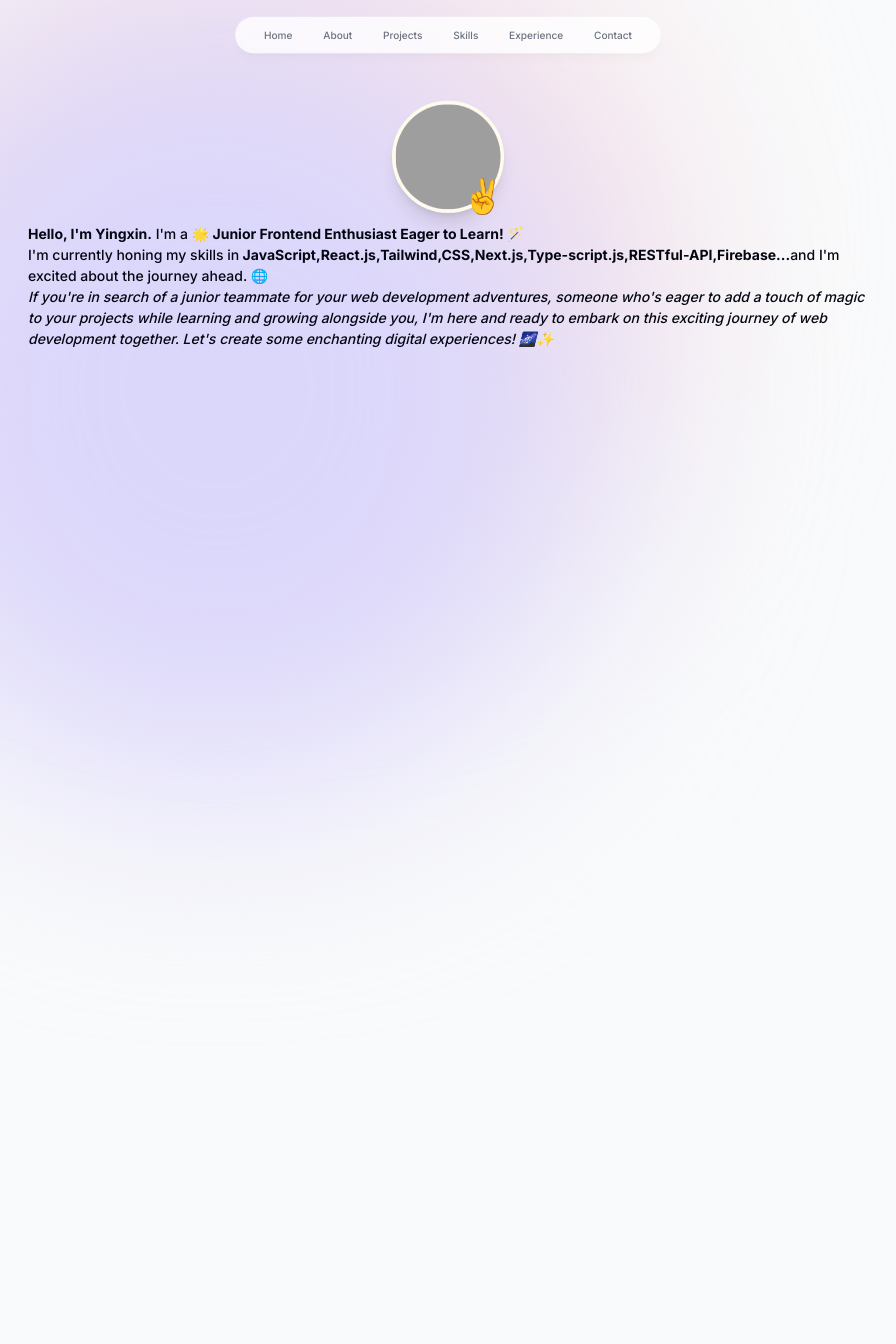
Repository: Tracy-maker/portfolio_website
Page: /
These files come from the project's save history. The page is drawn as it stood at one moment and after a run of saves; the edit follows.
The browser window is 1280 px wide. The pictures show the part of the page from y = 0 to 1920 px (the page is 5000 px tall), at 70% of full size.
Pictures or frames that could not be fetched are drawn as grey boxes. The project was rebuilt for these pictures with package versions that can differ from the ones it lists, and the page was loaded fresh each time. The framework's server and built-in components were replaced by stand-ins that run in the browser. Also part of the build but not shown: next.config.js.

Above is the page before, as saved 2023-10-02 18:07:10.

### app/layout.tsx
import Header from "@/components/header";
import "./globals.css";
import type { Metadata } from "next";
import { Inter } from "next/font/google";

const inter = Inter({ subsets: ["latin"] });

export const metadata: Metadata = {
  title: "Yingxin_Zhang | Portfolio",
  description: "Yingxin_Zhang is a front-end developer",
};

export default function RootLayout({
  children,
}: {
  children: React.ReactNode;
}) {
  return (
    <html lang="en">
      <body
        className={`${inter.className} bg-gray-50 text-gray-950 relative h-[5000px] pt-28 sm:pt-36`}
      >
        <div className="bg-[#fbe2e3] absolute top-[-6rem] -z-10 right-[21rem] h-[56.25rem] w-[31.25rem] rounded-full blur-[10rem] sm:w-[68.75rem]"></div>
        <div className="bg-[#dbd7fb] absolute top-[-1rem] -z-10 left-[-45rem] h-[71.25rem] w-[-30rem] rounded-full blur-[10rem] sm:w-[68.75rem] md:left-[-33rem] lg:left-[-28rem] xl:left-[-15rem] 2xl:left-[-5rem]"></div>
        <Header />
        {children}
      </body>
    </html>
  );
}

### app/page.tsx
import Intro from "@/components/intro";
import Image from "next/image";

export default function Home() {
  return (
    <main className="">
      <Intro />
    </main>
  );
}

### components/header.tsx
"use client";
import { motion } from "framer-motion";
import { links } from "@/lib/data";
import Link from "next/link";

export default function Header() {
  return (
    <header className="z-[999] relative">
      <motion.div
        className="fixed top-0 left-1/2 h-[4.5rem] w-full
        rounded-none border border-white border-opacity-40
        bg-white bg-opacity-80 shadow-lg shadow-black/[0.03]
        backdrop-blur-[0.5rem] sm:top-6 sm:h-[3.25rem] sm:w-[38rem] sm:rounded-full"
        initial={{ y: -100, x: "-50%", opacity: 0 }}
        animate={{ y: 0, x: "-50%", opacity: 1 }}
      ></motion.div>

      <nav className="flex fixed top-[0.15rem] left-1/2 h-12 -translate-x-1/2 py-2 sm:top-[1.7rem] sm:h-[initial] sm:py-0">
        <ul className="flex w-[22rem] flex-wrap items-center justify-center gap-y-1 text-[0.9rem] font-medium text-gray-500 sm:w-[initial] sm:flex-nowrap sm:gap-5">
          {links.map((link) => (
            <motion.li
              className="h-3/4 flex items-center justify-center relative"
              key={link.hash}
              initial={{ y: -100, opacity: 0 }}
              animate={{ y: 0, opacity: 1 }}
            >
              <Link
                className="flex w-full items-center justify-center px-3 py-3 hover:text-gray-950 transition"
                href={link.hash}
              >
                {link.name}
              </Link>
            </motion.li>
          ))}
        </ul>
      </nav>
    </header>
  );
}

### components/intro.tsx
"use client";

import Image from "next/image";
import React from "react";
import { motion } from "framer-motion";

export default function Intro() {
  return (
    <section>
      <div className="flex items-center justify-center">
        <div className="relative">
          <motion.div
            initial={{ opacity: 0, scale: 0 }}
            animate={{ opacity: 1, scale: 1 }}
            transition={{
              type: "tween",
              duration: 0.2,
            }}
          >
            <Image
              src="https://i.ibb.co/MRHHtS5/Wechat-IMG7.jpg"
              alt="Personal image"
              width="300"
              height="300"
              quality="90"
              priority={true}
              className="h-40 w-40 rounded-full object-cover border-[0.35rem] border-amber-50 shadow-xl"
            />
          </motion.div>

          <motion.span
            className="absolute bottom-0 right-0 text-5xl"
            initial={{ opacity: 0, scale: 0 }}
            animate={{ opacity: 1, scale: 1 }}
            transition={{
              type: "spring",
              stiffness: 125,
              delay: 0.1,
              duration: 0.7,
            }}
          >
            ✌️
          </motion.span>
        </div>
      </div>
      <motion.h6
        className="mb-10 mt-4 px-10 text-l font-medium !leading-[1.5] sm:text-xl"
        initial={{ opacity: 0, y: 100 }}
        animate={{ opacity: 1, y: 0 }}
      >
        <span className="font-bold">Hello, I'm Yingxin.</span> I'm a{" "}
        <span className="font-bold">
          🌟 Junior Frontend Enthusiast Eager to Learn! 🪄
        </span>
        <br />
        I'm currently honing my skills in
        <span className="font-bold">
          {""}{" "}
          JavaScript,React.js,Tailwind,CSS,Next.js,Type-script.js,RESTful-API,Firebase...
        </span>
        and I'm excited about the journey ahead. 🌐
        <br />
        <span className="italic">
          If you're in search of a junior teammate for your web development
          adventures, someone who's eager to add a touch of magic to your
          projects while learning and growing alongside you, I'm here and ready
          to embark on this exciting journey of web development together. Let's
          create some enchanting digital experiences! 🌌✨
        </span>
      </motion.h6>
    </section>
  );
}

### lib/data.ts
import React from "react";
import { CgWorkAlt } from "react-icons/cg";
import { FaReact } from "react-icons/fa";
import { LuGraduationCap } from "react-icons/lu";
import p1Img from "@/public/p1.png";
import p2Img from "@/public/p2.png";
import p3Img from "@/public/p3.png";

export const links = [
  {
    name: "Home",
    hash: "#home",
  },
  {
    name: "About",
    hash: "#about",
  },
  {
    name: "Projects",
    hash: "#projects",
  },
  {
    name: "Skills",
    hash: "#skills",
  },
  {
    name: "Experience",
    hash: "#experience",
  },
  {
    name: "Contact",
    hash: "#contact",
  },
] as const;

export const experiencesData = [
  {
    title: "Graduated bootcamp",
    location: "Miami, FL",
    description:
      "I graduated after 6 months of studying. I immediately found a job as a front-end developer.",
    icon: React.createElement(LuGraduationCap),
    date: "2019",
  },
  {
    title: "Front-End Developer",
    location: "Orlando, FL",
    description:
      "I worked as a front-end developer for 2 years in 1 job and 1 year in another job. I also upskilled to the full stack.",
    icon: React.createElement(CgWorkAlt),
    date: "2019 - 2021",
  },
  {
    title: "Full-Stack Developer",
    location: "Houston, TX",
    description:
      "I'm now a full-stack developer working as a freelancer. My stack includes React, Next.js, TypeScript, Tailwind, Prisma and MongoDB. I'm open to full-time opportunities.",
    icon: React.createElement(FaReact),
    date: "2021 - present",
  },
] as const;

export const projectsData = [
  {
    title: "CorpComment",
    description:
      "I worked as a full-stack developer on this startup project for 2 years. Users can give public feedback to companies.",
    tags: ["React", "Next.js", "MongoDB", "Tailwind", "Prisma"],
    imageUrl: p1Img,
  },
  {
    title: "rmtDev",
    description:
      "Job board for remote developer jobs. I was the front-end developer. It has features like filtering, sorting and pagination.",
    tags: ["React", "TypeScript", "Next.js", "Tailwind", "Redux"],
    imageUrl: p2Img,
  },
  {
    title: "Word Analytics",
    description:
      "A public web app for quick analytics on text. It shows word count, character count and social media post limits.",
    tags: ["React", "Next.js", "SQL", "Tailwind", "Framer"],
    imageUrl: p3Img,
  },
] as const;

export const skillsData = [
  "HTML",
  "CSS",
  "JavaScript",
  "TypeScript",
  "React",
  "Next.js",
  "Git",
  "MUI-material",
  "Tailwind",
  "REST-API",
  "PostgreSQL",
  "Framer Motion",
] as const;

Loaded but not shown: app/globals.css (common file); tailwind.config.ts (common file)

After the next 2 saves:
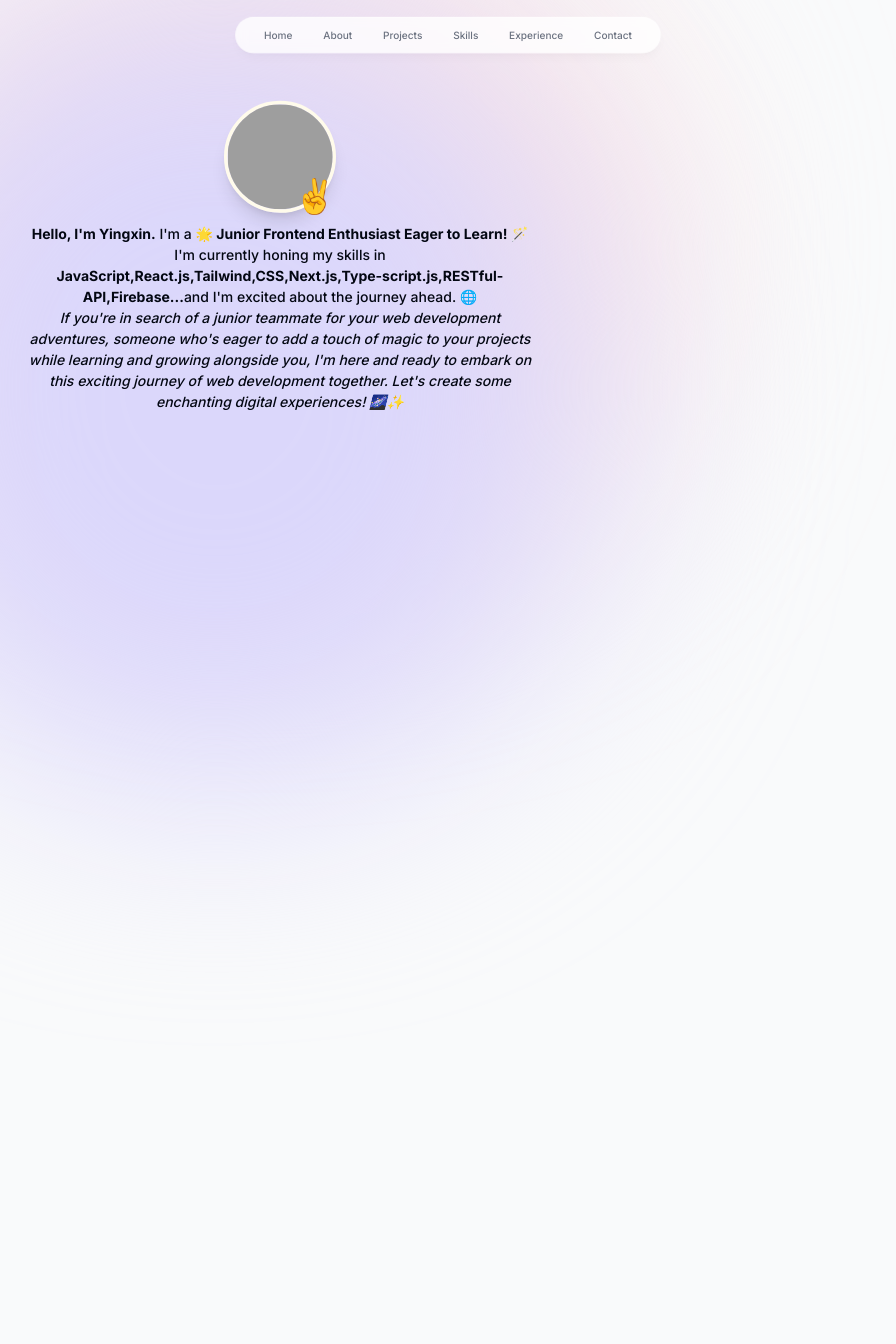
The 2 saves are shown as one change because they came seconds apart.
The last was saved 3 min 4 s later.
--- a/components/intro.tsx
+++ b/components/intro.tsx
@@ -6,7 +6,7 @@ import { motion } from "framer-motion";
 
 export default function Intro() {
   return (
-    <section>
+    <section className="mb-28 max-w-[50rem] text-center sm:mb-0 scroll-mt-[100rem]">
       <div className="flex items-center justify-center">
         <div className="relative">
           <motion.div
